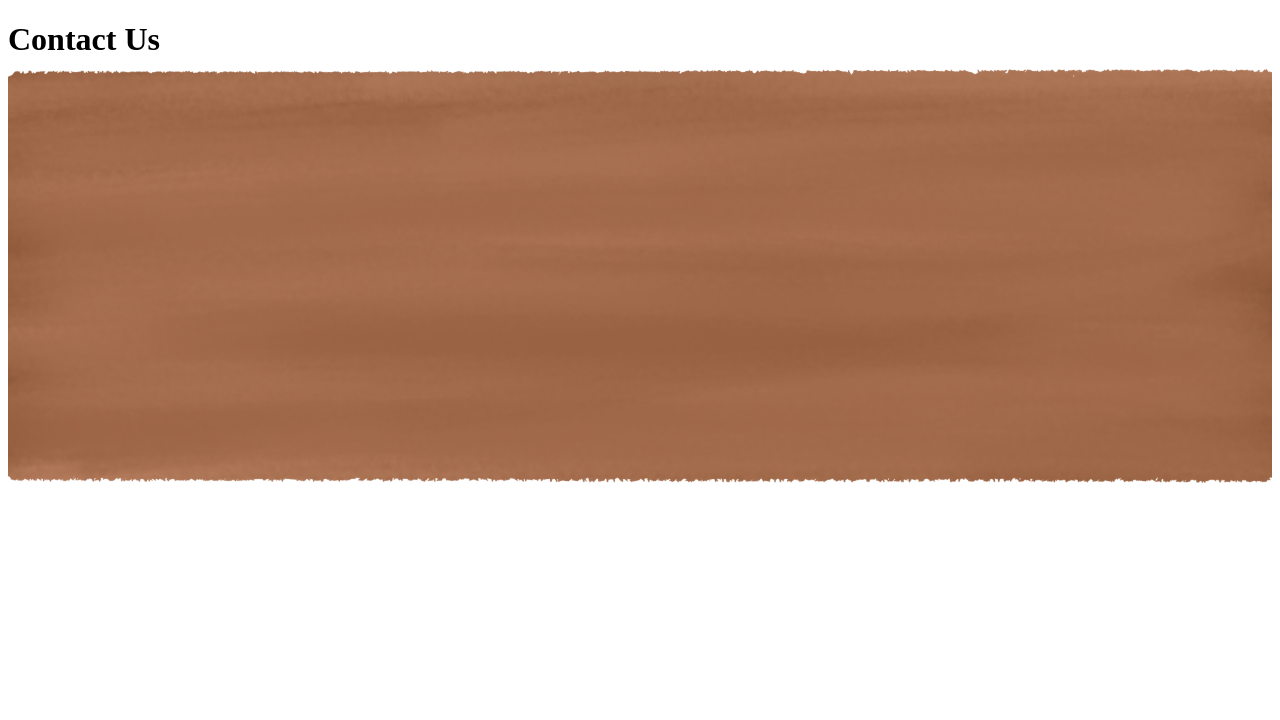
Repository: AlyssaHug/Bandit-Breakout
Page: index.html
The author's editor kept a copy of each file at every save. The page is drawn from the files as they stood at one save, then again after the next save.
The browser window is 1280 px wide. The pictures show the whole page.
Some web fonts or font styles are not loaded; a fallback is used.

Above is the page before, as saved 2025-05-06 22:41:41.

### index.html
<!DOCTYPE html>
<html lang="en">
    <head>
        <meta charset="UTF-8" />
        <meta
            name="viewport"
            content="width=device-width, initial-scale=1.0" />
        <link
            rel="stylesheet"
            href="styles.css" />
        <title>Bandit Breakout</title>
    </head>
    <body>
        <header></header>
        <main>
            <div class="download-now"></div>
            <div class="Contact-us-apps"></div>
        </main>
        <footer>
            <div class="Contact-us">
                <h1>Contact Us</h1>
            </div>
        </footer>
    </body>
</html>

### styles.css
@import url("https://fonts.googleapis.com/css2?family=Wellfleet&display=swap");

@font-face {
    font-family: "Western Bang Bang";
    src: url("fonts/WesternBangBang.ttf") format("truetype");
    font-weight: normal;
    font-style: normal;
}

:root {
    /* Font Families */
    --font-western: "Western Bang Bang", sans-serif;
    --font-wellfleet: "Wellfleet", serif;

    /* Font Sizes */
    --font-size-h1: 48px;
    --font-size-h2: 36px;
    --font-size-h3: 32px;
    --font-size-h4: 24px;
    --font-size-body: 14px;
    --font-size-caption: 11px;
}

footer {
    background-image: url("img/board.png");
    background-size: cover;
    background-repeat: no-repeat;
    background-position: center;
    min-height: 500px;
    width: 100%;
    margin: 0;
    padding: 0;
}

After the next save:
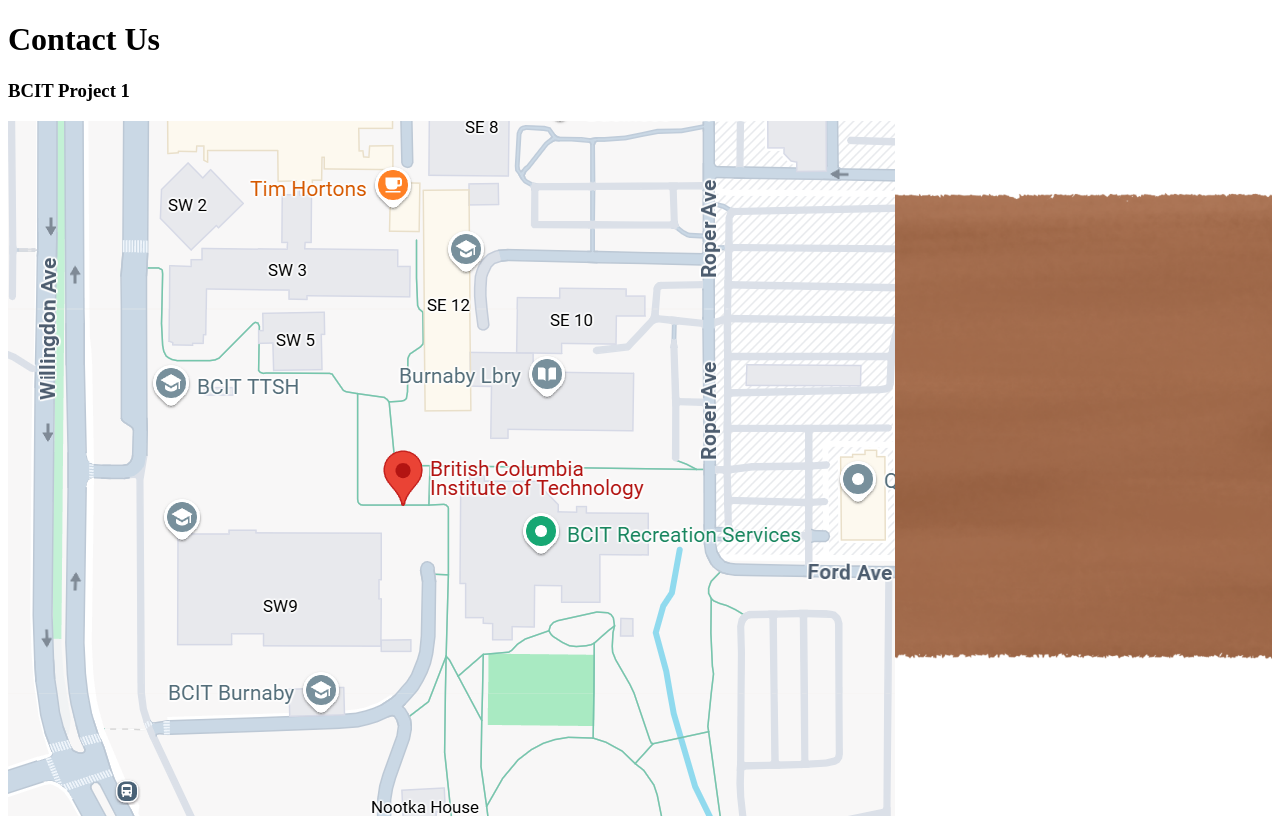
Saved 3 min 55 s later.
--- a/index.html
+++ b/index.html
@@ -19,6 +19,10 @@
         <footer>
             <div class="Contact-us">
                 <h1>Contact Us</h1>
+                <h3>BCIT Project 1</h3>
+                <img
+                    src="img/BCIT.png"
+                    alt="BCIT Map" />
             </div>
         </footer>
     </body>

After the 2 saves that followed:
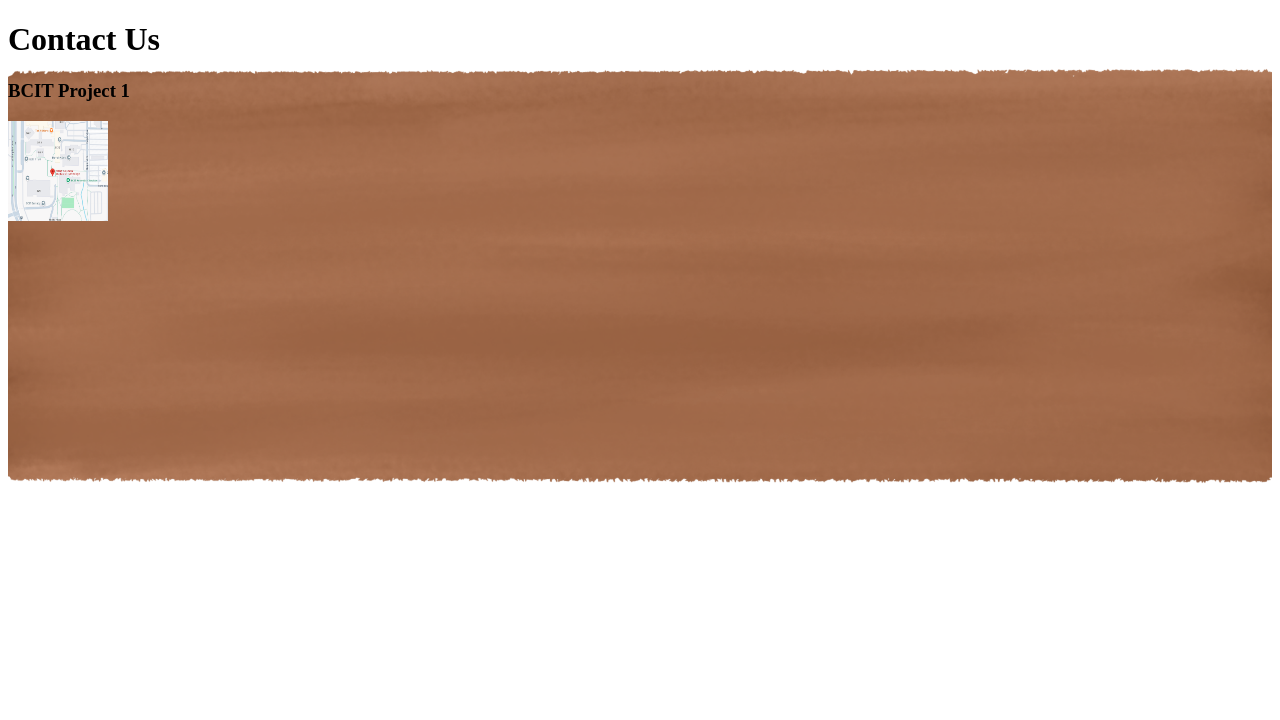
The 2 saves are shown as one change because 1 left the picture as it was.
The last was saved 26 s later.
--- a/index.html
+++ b/index.html
@@ -21,6 +21,7 @@
                 <h1>Contact Us</h1>
                 <h3>BCIT Project 1</h3>
                 <img
+                    class="bcit-map"
                     src="img/BCIT.png"
                     alt="BCIT Map" />
             </div>
--- a/styles.css
+++ b/styles.css
@@ -20,7 +20,10 @@
     --font-size-body: 14px;
     --font-size-caption: 11px;
 }
-
+.bcit-map {
+    width: 100px;
+    height: 100px;
+}
 footer {
     background-image: url("img/board.png");
     background-size: cover;
